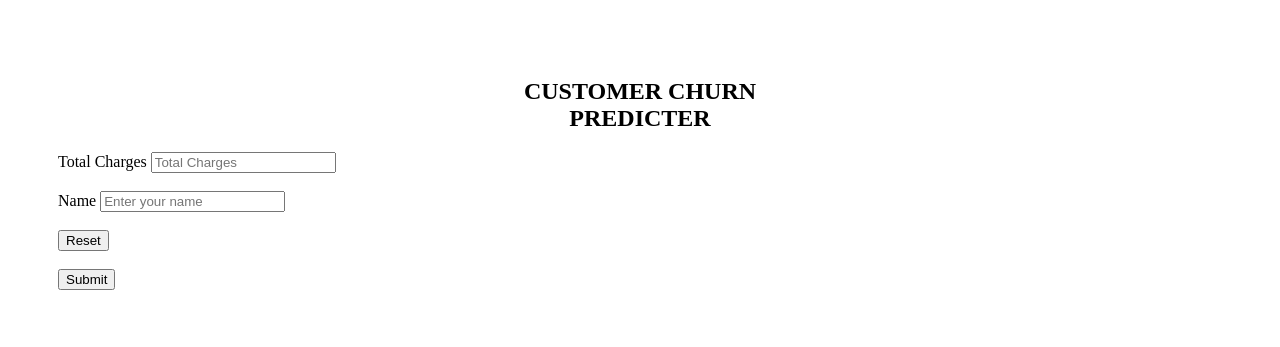
Repository: Cedrqmwesigwa/customer-churn-Bank
Page: index.html
These files come from the project's save history. The page is drawn as it stood at one moment and after a run of saves; the edit follows.
The browser window is 1280 px wide. The pictures show the whole page.

Above is the page before, as saved 2024-05-21 03:35:30.

### index.html
<!DOCTYPE html>
<html>
    <head>
        <meta charset= 'UTF-8' >
        <title>ML API</title>

    </head>

    <body>
        <style>
            body{
	        padding: 50px;
            padding-top: 20;
}
            input [ type="text" ] {
                padding: 10%;
                border: 1px;
                border-radius: 4px;
            }
            /* label{
                /* font-weight:bold; */
            /* } */

        </style>
        <section>
            <div class="login">
                <!-- <div style="center"></div> -->
                <h1 style="text-align: center;"> CUSTOMER CHURN <br> PREDICTER</h1>
        </section>

            <section>
                <form action=" {{url for (predict)}}" method="POST">
                    <div>
                        <label for="Total Charges"> Total Charges  </label>
                        <input type="number" name="Total Charges" id="name" placeholder="Total Charges" required="required" />
                    </div>

                    <br>

                    <div>
                        <label for="name"> Name </label>
                        <input type="text" name="name" id="name" placeholder="Enter your name" required="required" />
                    </div>

                    <br>

                    <div>
                        <input type="reset">
                    </div>

                    <br>

                    <div>
                        <label></label>
                    </div>

                    <div>
                        <input type="submit">
                    </div>








                </form>
            </section>


        </div>
    </body>
</html>

After the next 3 saves:
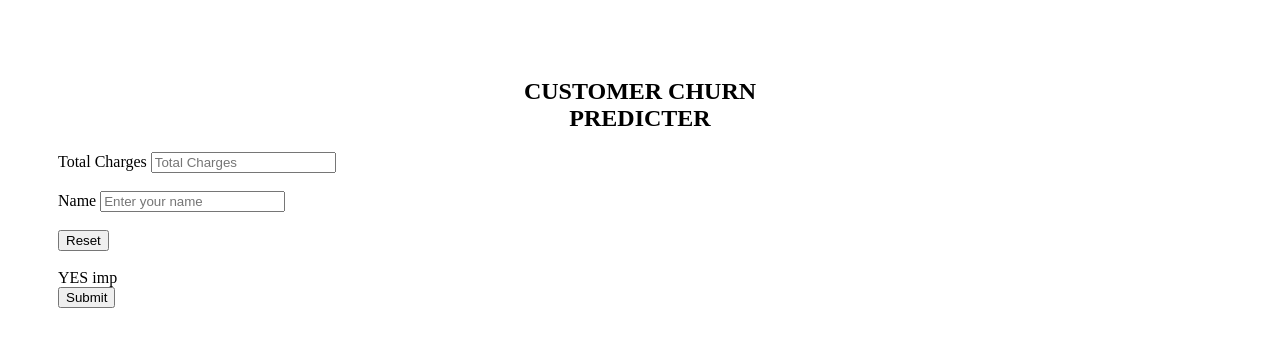
The 3 saves are shown as one change because they came seconds apart.
The last was saved 17 s later.
--- a/index.html
+++ b/index.html
@@ -51,7 +51,8 @@
                     <br>
 
                     <div>
-                        <label></label>
+                        <label>YES</label>
+                        imp
                     </div>
 
                     <div>
